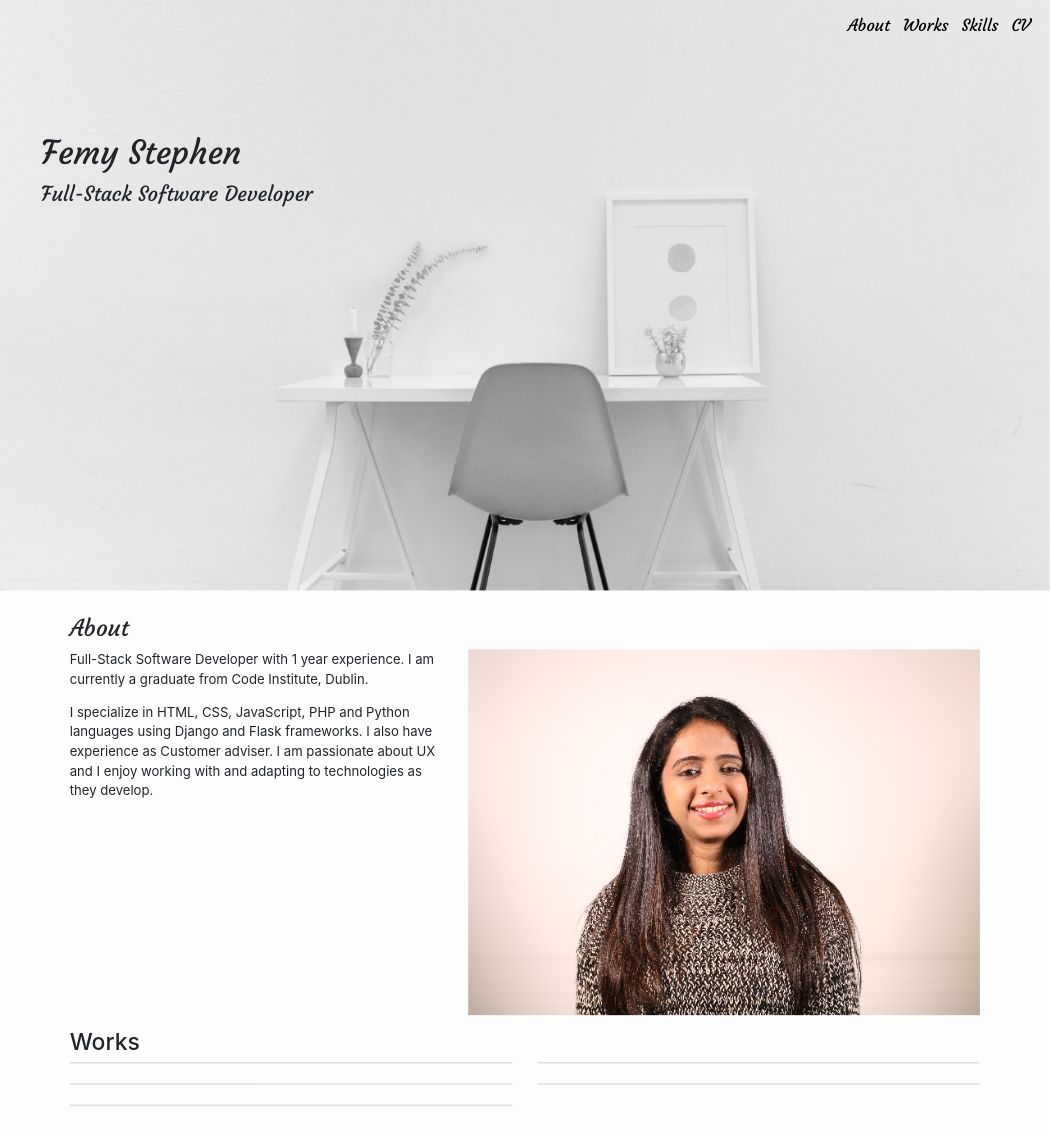
Repository: femy16/FemyStephen
Page: index.html
The author's editor kept a record of every edit. The page is drawn from the files as they stood at one moment, then again after the next edit.
The browser window is 1280 px wide. The pictures show the whole page, at 82% of full size.
Backgrounds fixed to the window are drawn as part of the page. Some web libraries are served in a nearby version.

Above is the page before.
Not found: hover.css

### index.html
<!DOCTYPE html>
<html lang="en">

<head>
    <meta charset="UTF-8">
    <meta name="viewport" content="width=device-width, initial-scale=1.0">
    <meta http-equiv="X-UA-Compatible" content="ie=edge">
    <link href="https://fonts.googleapis.com/css?family=Courgette|Kaushan+Script|Montserrat:300i&display=swap" rel="stylesheet">
    <link rel="stylesheet" href="https://use.fontawesome.com/releases/v5.3.1/css/all.css" integrity="sha384-mzrmE5qonljUremFsqc01SB46JvROS7bZs3IO2EmfFsd15uHvIt+Y8vEf7N7fWAU" crossorigin="anonymous">
    <link rel="stylesheet" href="hover.css" type="text/css" />
    <link rel="stylesheet" href="https://maxcdn.bootstrapcdn.com/bootstrap/4.0.0/css/bootstrap.min.css" integrity="sha384-Gn5384xqQ1aoWXA+058RXPxPg6fy4IWvTNh0E263XmFcJlSAwiGgFAW/dAiS6JXm" crossorigin="anonymous">
    <link rel="stylesheet" href="style.css" type="text/css" />
    <link href="https://fonts.googleapis.com/css?family=Montserrat" rel="stylesheet">
    <title>Femy Stephen</title>
</head>

<body>
    <header id="landing-view">


        <nav class="navbar navbar-expand-md navbar-masthead navbar-default navbar-fixed-top">
            <div class="container topmenu">


                <button class="navbar-toggler" type="button" data-toggle="collapse" data-target="#collapsibleNavbar">
    <span class="fa fa-bars" ></span>
  </button>
            </div>
            <div class="collapse navbar-collapse" id="collapsibleNavbar">
                <ul class="navbar-nav">
                    <li class="nav-item">
                        <a class="nav-link" href="#about">About</a>
                    </li>
                    <li class="nav-item">
                        <a class="nav-link" href="services.html">Works</a>
                    </li>
                    <li class="nav-item">
                        <a class="nav-link" href="products.html">Skills</a>
                    </li>
                    <li class="nav-item">
                        <a class="nav-link" href="contac_us.html">CV</a>
                    </li>
                </ul>
            </div>
        </nav>
        <div class="headercontainer">
            <h1 class="name">Femy Stephen</h1>
            <p class="title">Full-Stack Software Developer</p>

        </div>

    </header>
    <!--<div class="spacer"></div>-->
    <main>
        <div id="about">
            <div class="container">
                <h3 class="abouthead">About</h3>
                <div class="row">
                    <p>
                        <div class="col discri">
                            <p>Full-Stack Software Developer with 1 year experience. I am currently a graduate from Code Institute, Dublin.</p>
                            <p>I specialize in HTML, CSS, JavaScript, PHP and Python languages using Django and Flask frameworks. I also have experience as Customer adviser. I am passionate about UX and I enjoy working with and adapting to technologies as
                                they develop.</p>
                        </div>
                        <div class="col"><img src="images/fmimg.JPG"></div>
                </div>
                </p>
            </div>
        </div>


        <div id="works">
            <div class="container">
                <h3 class="workshead">Works</h3>
                <div class="row">
                    <p>
                        <div class="col workbox">
                            <div class="card">
                                </div><br />
                                <div class="card">
                                </div><br />
                                <div class="card">
                                </div><br />
                        </div>
                        <div class="col">

                            <div class="card">
                                </div><br />
                                <div class="card">
                                </div><br />
                        </div>
                </div>
                </p>
            </div>
        </div>

    </main>

    <footer>

    </footer>



    <script src="https://code.jquery.com/jquery-3.2.1.slim.min.js" integrity="sha384-KJ3o2DKtIkvYIK3UENzmM7KCkRr/rE9/Qpg6aAZGJwFDMVNA/GpGFF93hXpG5KkN" crossorigin="anonymous"></script>
    <script src="https://cdnjs.cloudflare.com/ajax/libs/popper.js/1.12.9/umd/popper.min.js" integrity="sha384-ApNbgh9B+Y1QKtv3Rn7W3mgPxhU9K/ScQsAP7hUibX39j7fakFPskvXusvfa0b4Q" crossorigin="anonymous"></script>
    <script src="https://maxcdn.bootstrapcdn.com/bootstrap/4.0.0/js/bootstrap.min.js" integrity="sha384-JZR6Spejh4U02d8jOt6vLEHfe/JQGiRRSQQxSfFWpi1MquVdAyjUar5+76PVCmYl" crossorigin="anonymous"></script>
</body>

</html>

### style.css
.navbar {
    background-color: transparent;
    text-align:right;

}

.navbar-fixed-top .container {

    text-align: right;
    margin-right: 1%;
    margin-top: 1%;

}
#landing-view {
    background-attachment: fixed;
    background-image: url('images/landing.jpg');
    background-position: bottom;
    background-size: cover;
    height: 100vh;
    width: 100vw;
    margin-bottom: 0px;
    z-index: 1;
}

body{

    background-color: #fdfdfd;
    width: 100%;
}


/*.spacer {*/
/*    width: 100%;*/
/*    height: 170px;*/
/*}*/


.nav-link {
    font-family: 'Courgette', cursive;
    font-size: 20px;
    color: black;
    padding-left: 40px;
    padding-right: 40px;
}

/*.nav-item {*/
/*    display: inline-block;*/
/*    padding: 10px;*/
/*    padding-left: 40px;*/
/*    padding-right: 40px;*/
/*}*/
.headercontainer{
    margin-top:100px;
   padding-left: 50px;
   font-family: 'Courgette', cursive;

}
.title{
    font-size:25px;

}
.name{
    font-size:40px;
}
.abouthead{
    margin-top:30px;
    font-family: 'Courgette', cursive;
}

After the next edit:
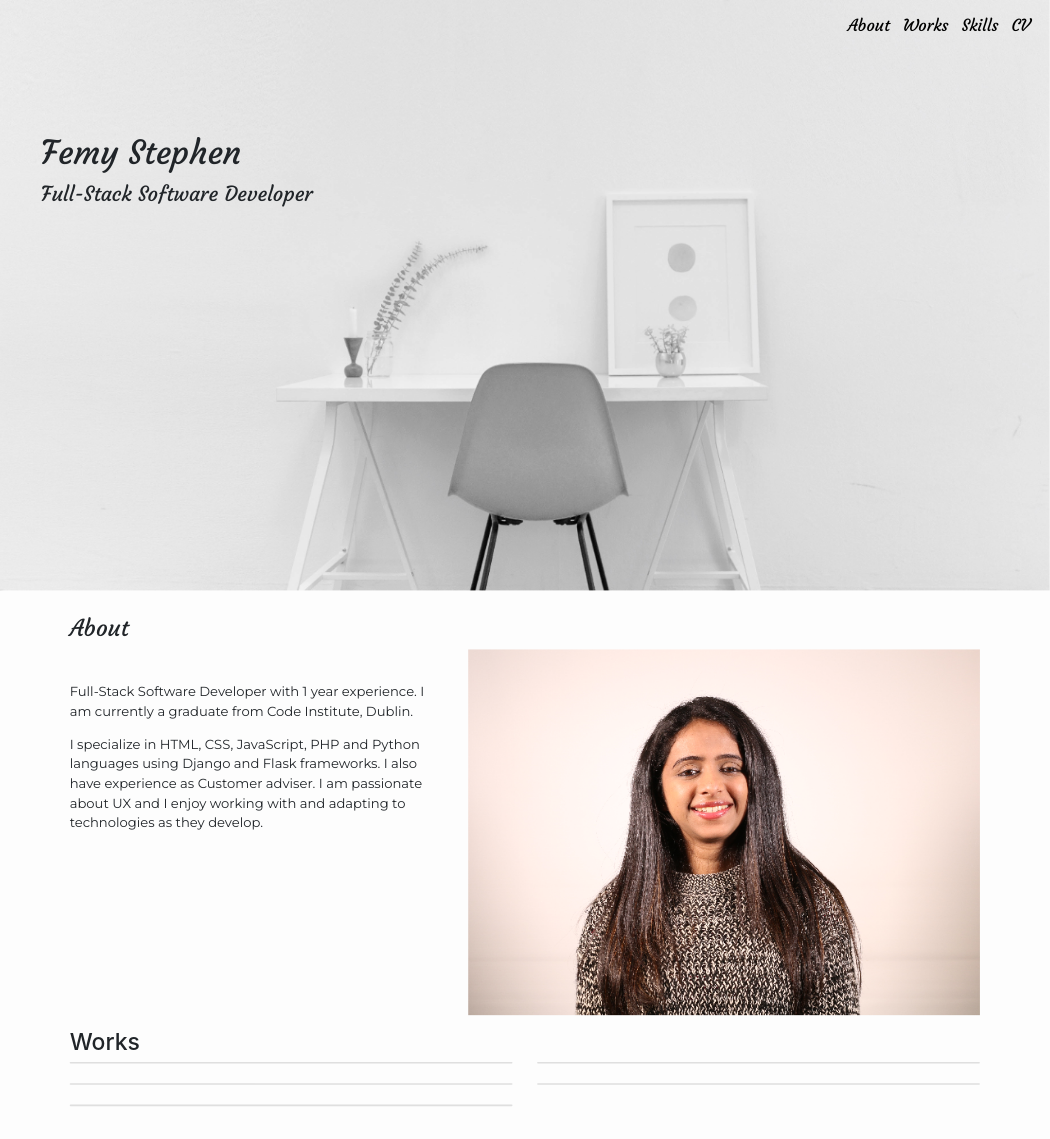
The edit:
--- a/style.css
+++ b/style.css
@@ -66,3 +66,8 @@
     margin-top:30px;
     font-family: 'Courgette', cursive;
 }
+.discri{
+    margin-top:40px;
+    font-family: 'Montserrat', sans-serif;
+    font-size: medium;
+}
